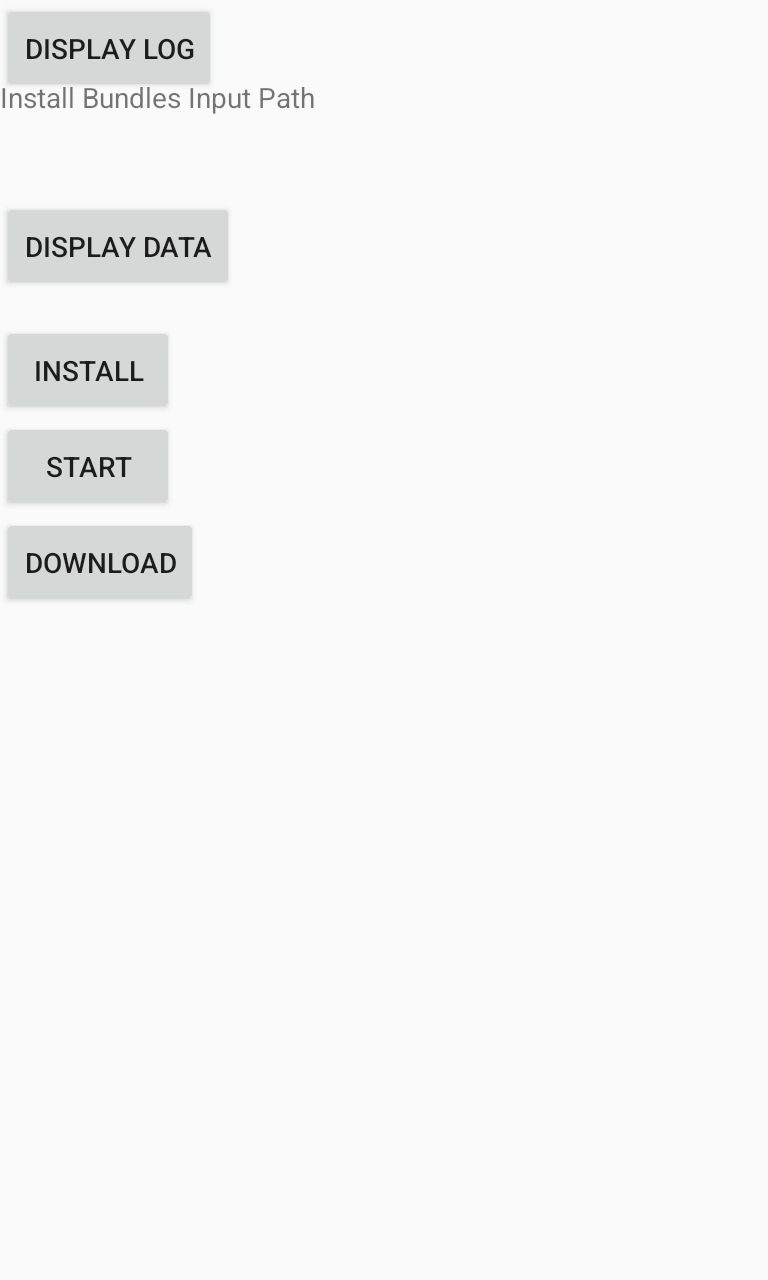
Repository: theodosiac/gyroscope_Rest_Android
Layout: HelloFelix/res/layout/activity_main.xml
These files come from the project's save history. The layout is drawn as it stood at one moment and after the next save; the edit follows.
Pictures or frames that could not be fetched are drawn as grey boxes. It is drawn on a 768 x 1280 px phone screen (xhdpi) without system bars, with theme AppTheme; the app's code is not run.

Above is the layout before, as saved 2015-03-24 17:45:00.

### HelloFelix/res/layout/activity_main.xml
<RelativeLayout xmlns:android="http://schemas.android.com/apk/res/android"
    xmlns:tools="http://schemas.android.com/tools"
    android:id="@+id/RelativeLayout1"
    android:layout_width="match_parent"
    android:layout_height="match_parent"
    android:orientation="vertical"
    tools:context=".MainActivity" >

    <TextView
        android:id="@+id/text_view"
        android:layout_width="wrap_content"
        android:layout_height="wrap_content"
        android:layout_alignParentLeft="true"
        android:layout_alignParentTop="true"
        android:layout_marginLeft="14dp"
        android:layout_marginTop="20dp"
        android:text="Log.." />

    <TextView
        android:id="@+id/textView1"
        android:layout_width="wrap_content"
        android:layout_height="wrap_content"
        android:layout_alignParentLeft="true"
        android:layout_below="@+id/text_view"
        android:text="Install Bundles Input Path" />




    <Button
        android:id="@+id/button1"
        android:layout_width="wrap_content"
        android:layout_height="wrap_content"
        android:layout_alignParentLeft="true"
        android:layout_below="@+id/textView1"
        android:layout_marginTop="41dp"
        android:onClick="displayData"
        android:text="@string/button_displayData" />

    <Button
        android:id="@+id/button2"
        android:layout_width="wrap_content"
        android:layout_height="wrap_content"
        android:layout_alignParentLeft="true"
        android:layout_below="@+id/button1"
        android:layout_marginTop="14dp"
        android:onClick="InstallBundles"
        android:text="@string/installBundles" />

    <Button
        android:id="@+id/button4"
        android:layout_width="wrap_content"
        android:layout_height="wrap_content"
        android:layout_alignParentLeft="true"
        android:layout_below="@+id/button2"
        android:onClick="StartBundles"
        android:text="Start" />

    <Button
        android:id="@+id/button5"
        android:layout_width="wrap_content"
        android:layout_height="wrap_content"
        android:layout_alignParentLeft="true"
        android:layout_below="@+id/button4"
        android:onClick="DownloadBundle"
        android:text="Download" />


    <Button
        android:id="@+id/button3"
        android:layout_width="wrap_content"
        android:layout_height="wrap_content"
        android:layout_alignParentLeft="true"
        android:layout_below="@+id/GridLayout1"
        android:layout_marginBottom="40dp"
        android:onClick="displayLog"
        android:text="@string/button_displayLog" />

</RelativeLayout>

### HelloFelix/res/values/strings.xml
<?xml version="1.0" encoding="utf-8"?>
<resources>

    <string name="app_name" translatable="false">HelloFelix</string>
    <string name="hello_world" translatable="false">Hello world!</string>
    <string name="action_settings" translatable="false">Settings</string>

	<string name="button_displayLog">Display Log</string>
	<string name="button_displayData">Display Data</string>
	<string name="installBundles">Install</string>


	<string name="text_view">TextView</string>


</resources>

Loaded but not shown: HelloFelix/res/values/styles.xml (common file); HelloFelix/res/values-v11/styles.xml (common file); HelloFelix/res/values-v14/styles.xml (common file)

After the next save:
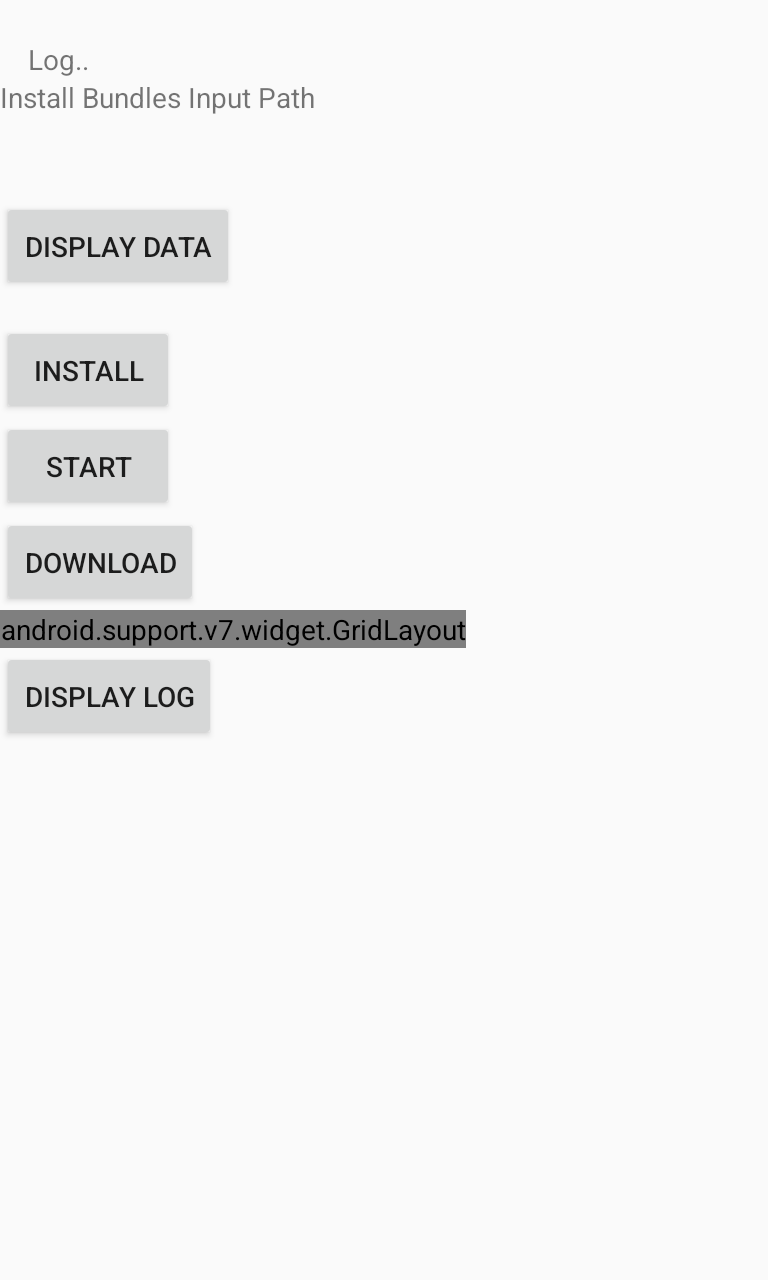
Saved 2 min 2 s later.
--- a/HelloFelix/res/layout/activity_main.xml
+++ b/HelloFelix/res/layout/activity_main.xml
@@ -23,9 +23,6 @@
         android:layout_alignParentLeft="true"
         android:layout_below="@+id/text_view"
         android:text="Install Bundles Input Path" />
-
-
-
 
     <Button
         android:id="@+id/button1"
@@ -65,6 +62,12 @@
         android:onClick="DownloadBundle"
         android:text="Download" />
 
+    <android.support.v7.widget.GridLayout
+        android:id="@+id/GridLayout1"
+        android:layout_width="wrap_content"
+        android:layout_height="wrap_content"
+        android:layout_alignParentLeft="true"
+        android:layout_below="@+id/button5" />
 
     <Button
         android:id="@+id/button3"
